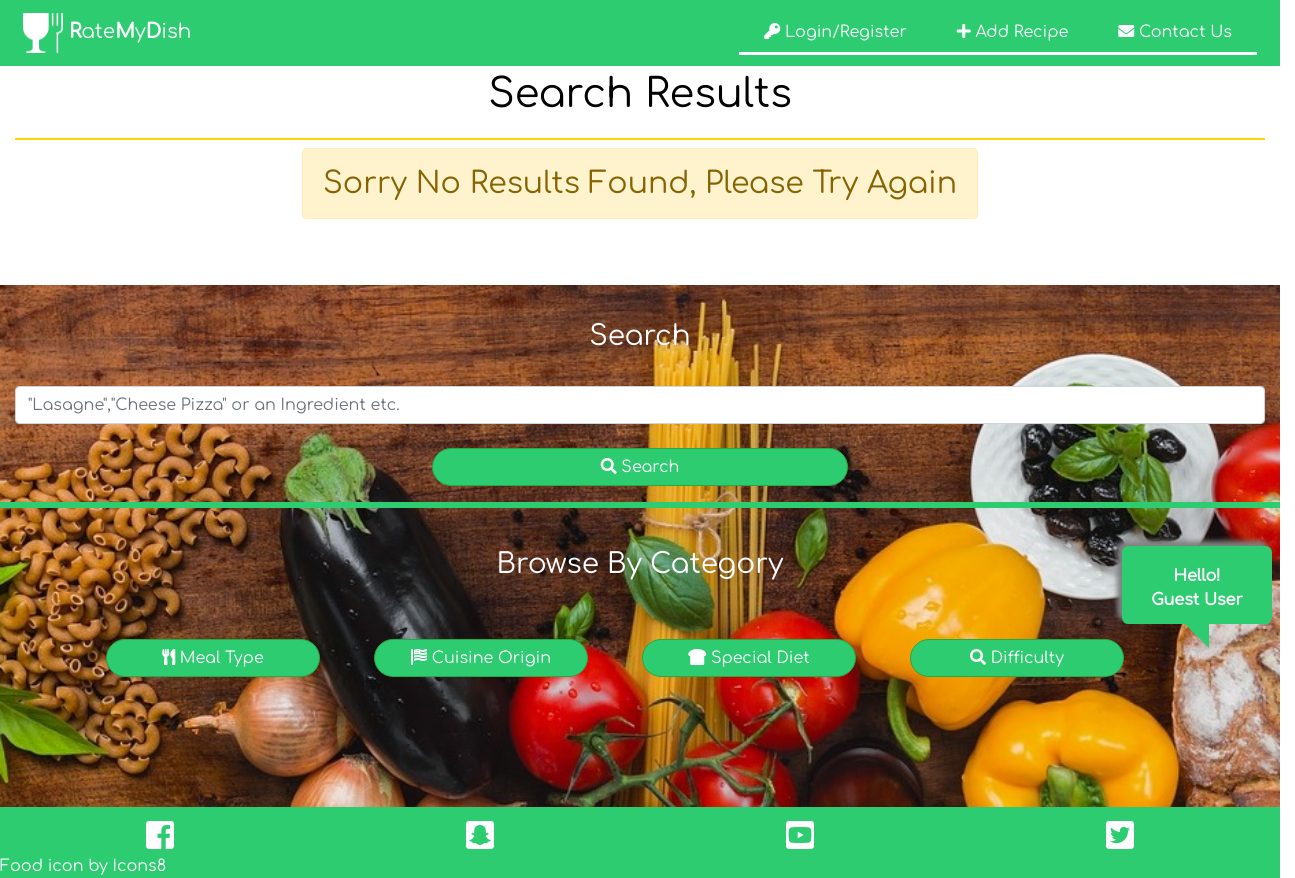
Repository: dbyrne87/ratemydish
Page: templates/search_results.html
The author's editor kept a record of every edit. The page is drawn from the files as they stood at one moment, then again after the next edit.
The browser window is 1280 px wide. The page is 1295 px wide, so the pictures cover 1295 px, including what lies to the right of the window. The pictures show the whole page.
Some web fonts or font styles are not loaded; a fallback is used. The template is drawn by Flask 3. The application's start-up code is not run. The template is opened directly, without the code that normally fills it, so the values that code supplies are empty.

Above is the page before.

After the next edit:
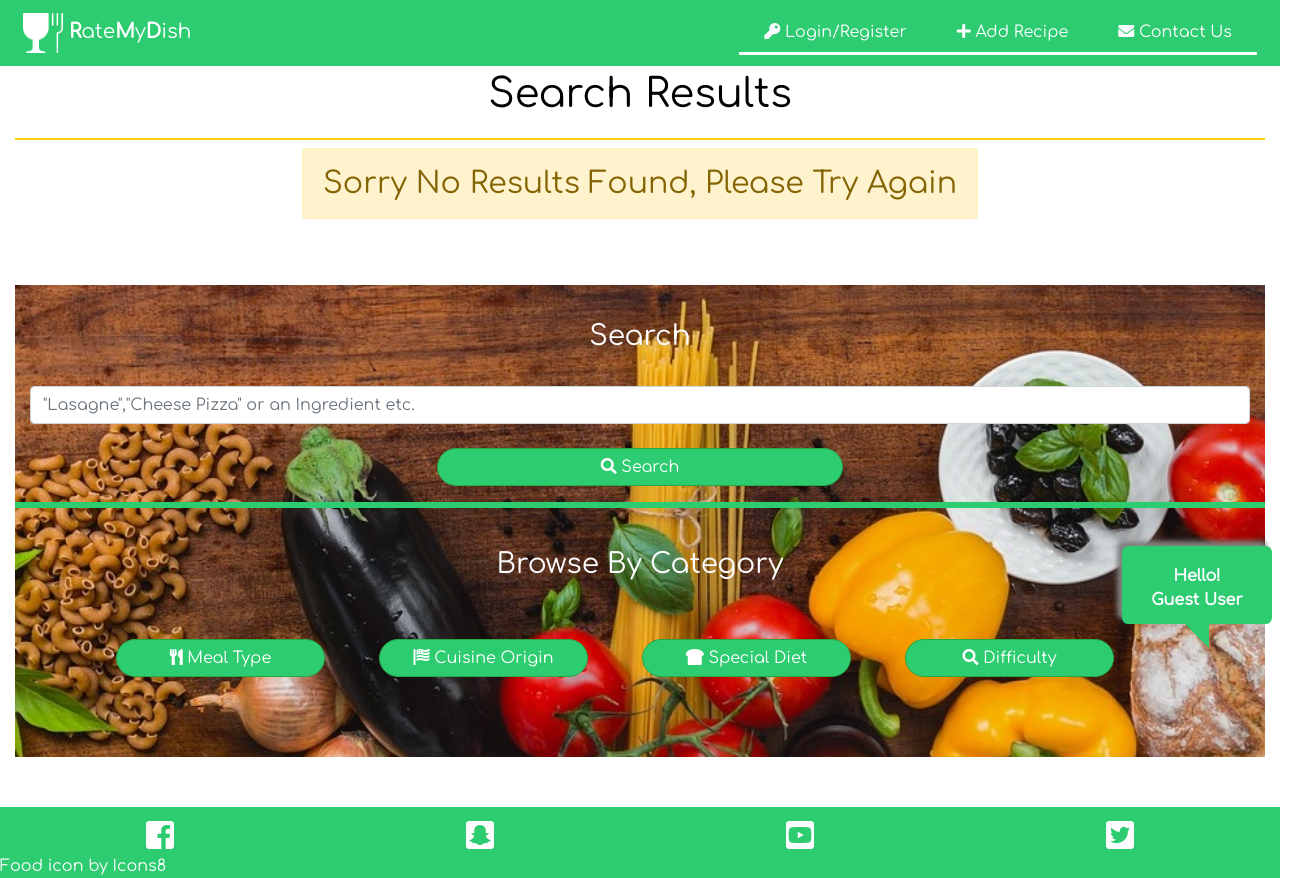
The edit:
--- a/templates/search_results.html
+++ b/templates/search_results.html
@@ -19,7 +19,7 @@
                 </div>
             </div>
             {% else %}
-            <div class="alert alert-warning mx-auto" role="alert">
+            <header class="alert alert-warning mx-auto" role="alert">
                 Sorry No Results Found, Please Try Again
             </div>
             <div class="container-fluid">

After the edit that followed:
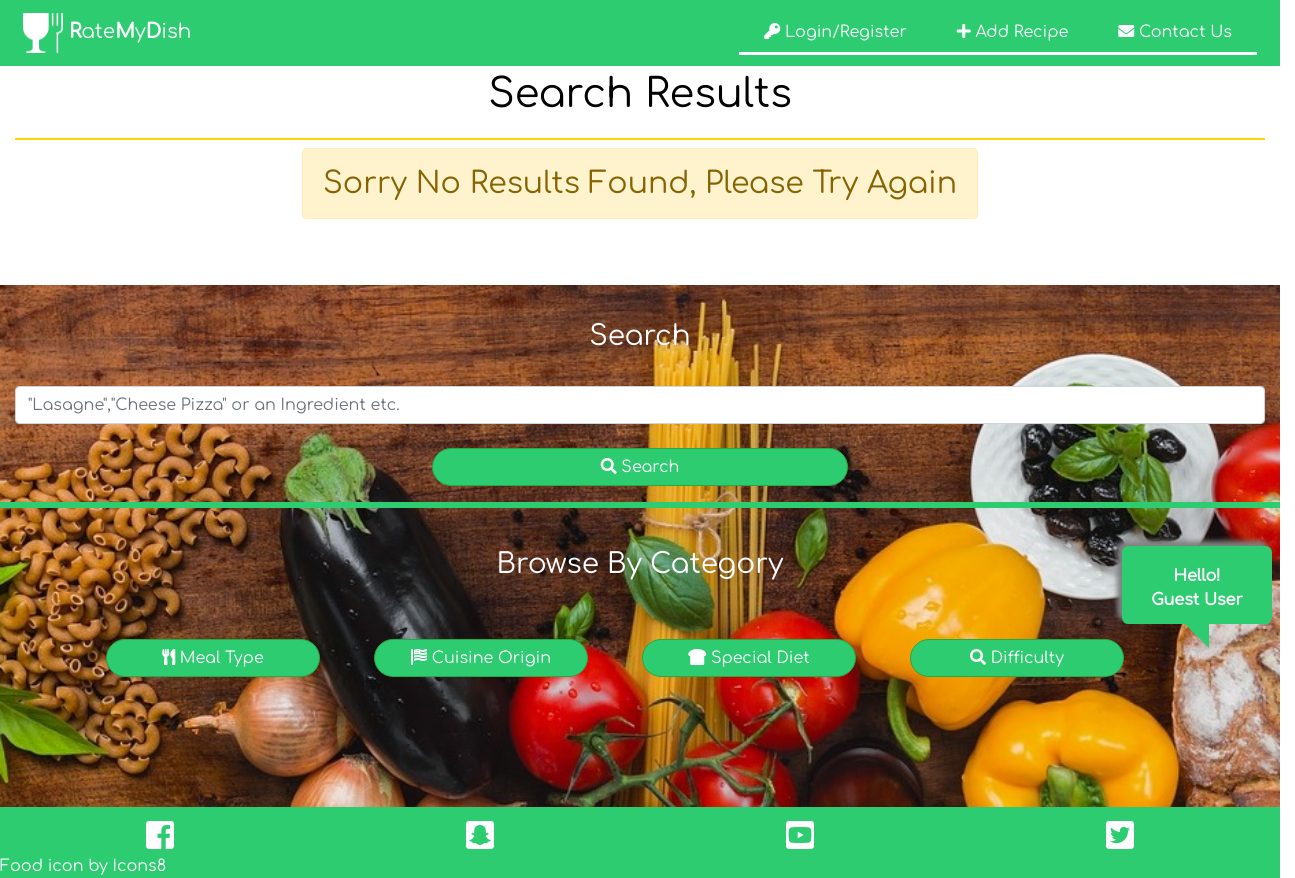
The edit:
--- a/templates/search_results.html
+++ b/templates/search_results.html
@@ -21,7 +21,7 @@
             {% else %}
             <header class="alert alert-warning mx-auto" role="alert">
                 Sorry No Results Found, Please Try Again
-            </div>
+            </header>
             <div class="container-fluid">
                 <div class="jumbotron-fluid">
                     <h3 class="search-text">Search</h3>
